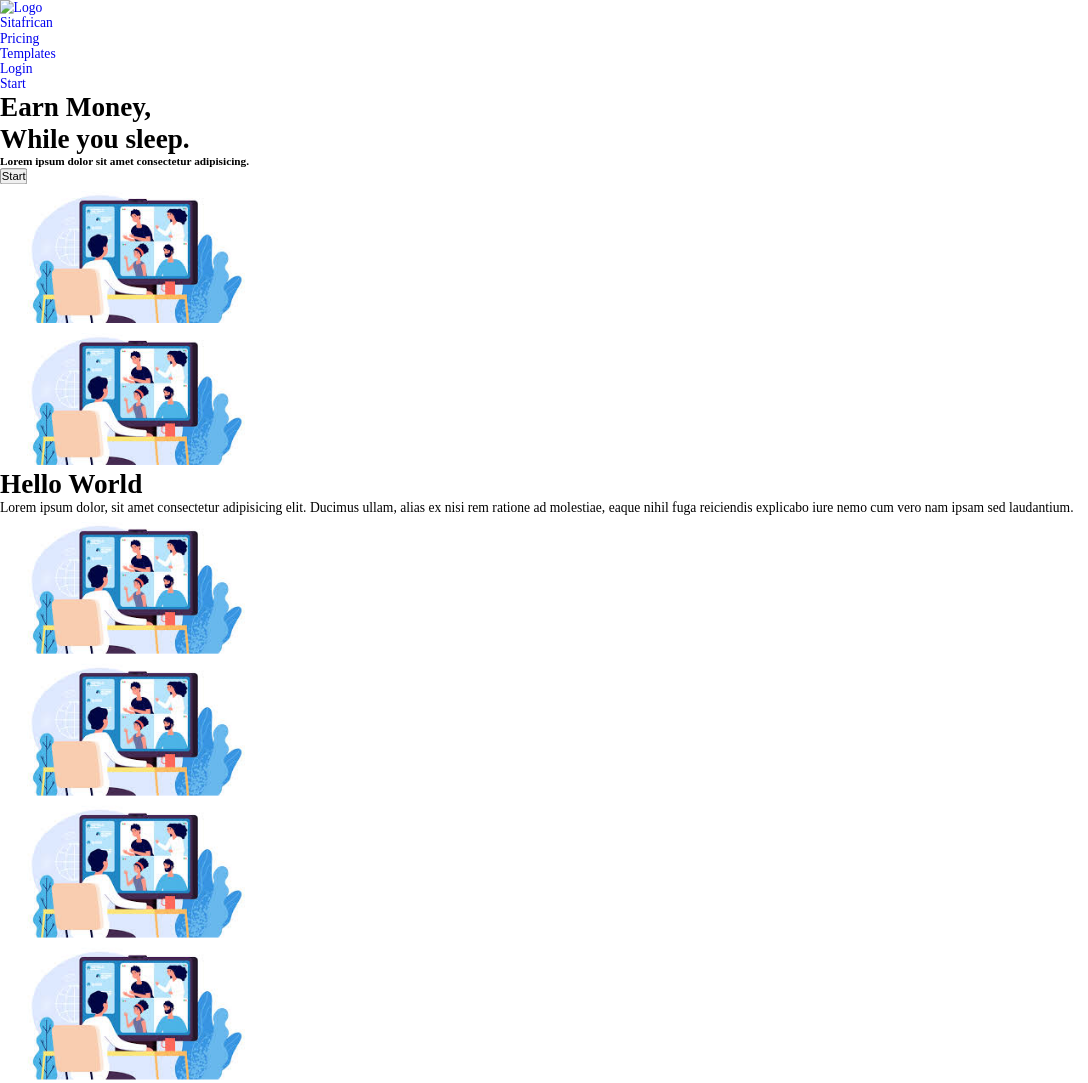
Repository: latenightsnacc/Static-Web-Projects
Page: Sitadel/index.html
The author's editor kept a copy of each file at every save. The page is drawn from the files as they stood at one save, then again after the next save.
The browser window is 1280 px wide. The pictures show the whole page, at 85% of full size.
The style sheet was rebuilt from its Sass, Less or Tailwind sources for each picture, by a compiler version that may differ from the author's.

Above is the page before, as saved 2020-11-09 10:45:19.

### Sitadel/index.html
<!DOCTYPE html>
<html lang="en">
<head>
    <meta charset="UTF-8">
    <meta name="viewport" content="width=device-width, initial-scale=1.0">
    <link rel="stylesheet" href="styles/stylesheet.css">
    <title>Landing Page</title>
</head>
<body>
    <!--Navigation Bar-->
    <div class="navbar">
        <div class="nav">
            <!--Logo-->
            <div class="logo">
                <a href="index.html">
                    <img src="#" alt="Logo"/>
                </a>
            </div>
            <!--Menu-->
            <div class="menu">
                <ul class="menu-list">
                    <li class="menu-item">
                        <a class="menu-link" href="#">Sitafrican</a>
                    </li>
                    <li class="menu-item">
                        <a class="menu-link" href="#">Pricing</a>
                    </li>
                    <li class="menu-item">
                        <a class="menu-link" href="#">Templates</a>
                    </li>
                    <li class="menu-item">
                        <a class="menu-link" href="#">Login</a>
                    </li>
                    <li class="menu-item">
                        <a class="menu-button" href="#">Start</a>
                    </li>
                </ul>
            </div>
        </div>
    </div>
    <!--Banner Section-->
    <div class="container">
        <div class="row">
            <!--Banner Text-->
            <div class="col-xs-12 col-s-12 col-md-6 col-lg-6 col-xl-6">
                <div class="text-box">
                    <h1>Earn Money, <br/> While you sleep.</h1>
                    <h5>Lorem ipsum dolor sit amet consectetur adipisicing.</h5>
                    <button class="active-btn btn">Start</button>
                </div>
            </div>
            <!--Banner Image-->
            <div class="col-xs-12 col-s-12 col-md-6 col-lg-6 col-xl-6">
                <div class="container">
                    <a href="#">
                        <img src="assets/video-conferencing.jpeg" alt="banner image"/>
                    </a>
                </div>
            </div>
        </div>
    </div>
    <!--About us-->
    <div class="container">
        <div class="row">
            <!--Image-->
            <div class="col-xs-12 col-s-12 col-md-6 col-lg-6 col-xl-6">
                <div class="container">
                    <a href="#">
                        <img src="assets/video-conferencing.jpeg" alt="banner image"/>
                    </a>
                </div>
            </div>
            <!--Text-->
            <div class="col-xs-12 col-s-12 col-md-6 col-lg-6 col-xl-6">
                <div class="text-box">
                    <h1>Hello World</h1>
                    <p>Lorem ipsum dolor, sit amet consectetur adipisicing elit. Ducimus ullam, alias ex nisi rem ratione ad molestiae, eaque nihil fuga reiciendis explicabo iure nemo cum vero nam ipsam sed laudantium.</p>
                </div>
            </div>
        </div>
    </div>
    <!--Templates-->
    <div class="container">
        <div class="row">
            <div class="col">
                <a href="#">
                    <img src="assets/video-conferencing.jpeg" alt="banner image"/>
                </a>
            </div>
            <div class="col">
                <a href="#">
                    <img src="assets/video-conferencing.jpeg" alt="banner image"/>
                </a>
            </div>
            <div class="col">
                <a href="#">
                    <img src="assets/video-conferencing.jpeg" alt="banner image"/>
                </a>
            </div>
            <div class="col">
                <a href="#">
                    <img src="assets/video-conferencing.jpeg" alt="banner image"/>
                </a>
            </div>
        </div>
    </div>
    <!--Why us-->

</body>
</html>

### Sitadel/styles/stylesheet.scss
@import'variables';

*{
    box-sizing: border-box;
    margin: 0;
    padding: 0;
    text-decoration: none;
    list-style: none;
    button {
        outline: none;
    }
    a {
        text-decoration: none;
        &:hover {
            text-decoration: none;
        }
    }
}

Loaded but not shown: Sitadel/styles/_variables.scss (no stored copy; drawn as an empty file)

After the next save:
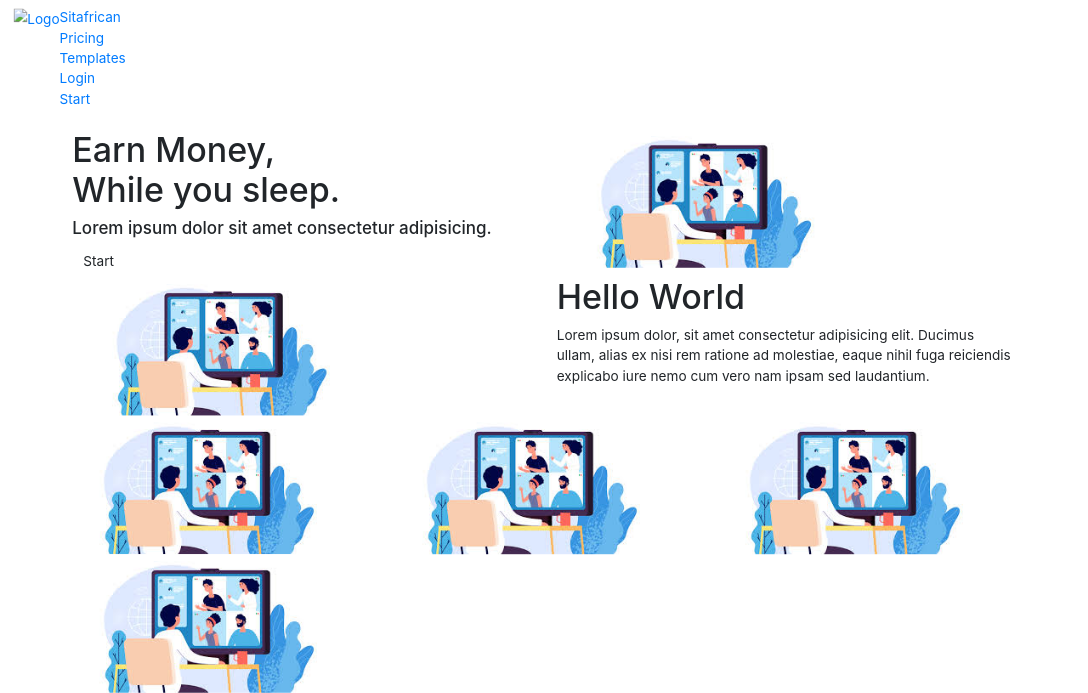
Saved 39 min 0 s later.
--- a/Sitadel/index.html
+++ b/Sitadel/index.html
@@ -3,6 +3,9 @@
 <head>
     <meta charset="UTF-8">
     <meta name="viewport" content="width=device-width, initial-scale=1.0">
+    <!--Bootstrap CDN-->
+    <link rel="stylesheet" href="https://cdn.jsdelivr.net/npm/bootstrap@4.5.3/dist/css/bootstrap.min.css" integrity="sha384-TX8t27EcRE3e/ihU7zmQxVncDAy5uIKz4rEkgIXeMed4M0jlfIDPvg6uqKI2xXr2" crossorigin="anonymous">
+    <!--Custom Stylesheet-->
     <link rel="stylesheet" href="styles/stylesheet.css">
     <title>Landing Page</title>
 </head>
